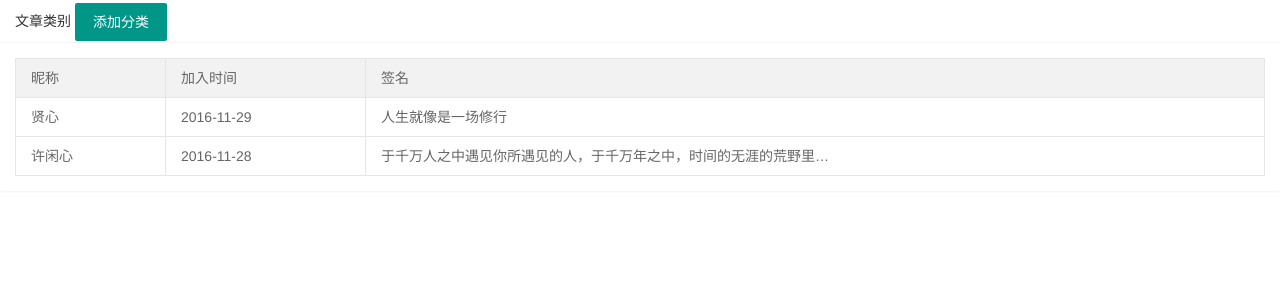
Repository: xxsleep/-
Page: home/article/art_cate.html
An editor plug-in stored every save of this project. The page is shown before and after the next save, followed by the edit.
The browser window is 1280 px wide. The pictures show the whole page.

Above is the page before, as saved 2020-11-27 16:17:41.

After the next save:
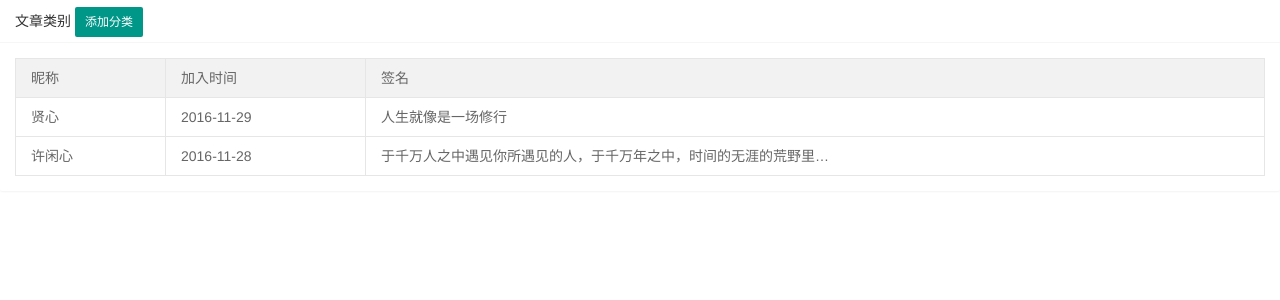
Saved 22 s later.
--- a/home/article/art_cate.html
+++ b/home/article/art_cate.html
@@ -13,7 +13,7 @@
     <div class="layui-card">
         <div class="layui-card-header">
             文章类别
-            <button type="button" class="layui-btn">添加分类</button>
+            <button type="button" class="layui-btn layui-btn-sm">添加分类</button>
         </div>
         <div class="layui-card-body">
             <table class="layui-table">
